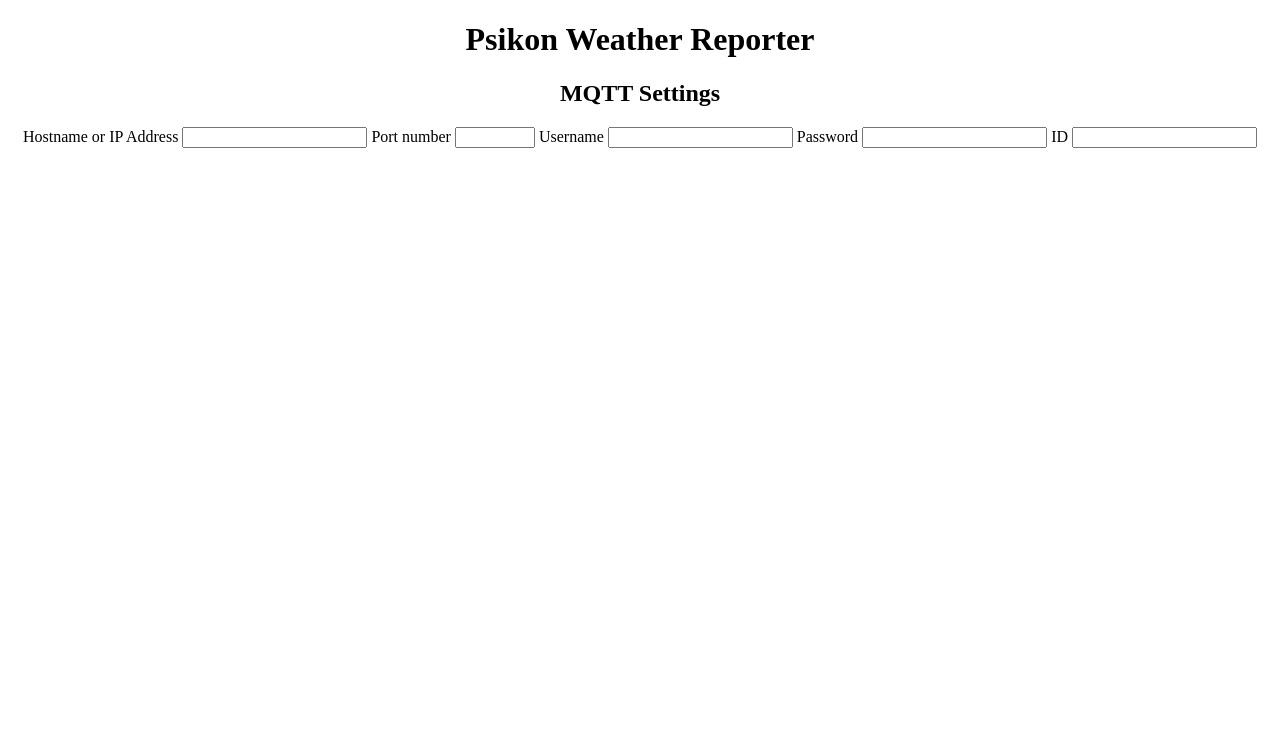
Repository: alex-dow/psikon-weather-station
Page: data/index.html
The author's editor kept a copy of each file at every save. The page is drawn from the files as they stood at one save, then again after the next save.
The browser window is 1280 px wide. The pictures show the whole page.

Above is the page before, as saved 2021-12-09 22:22:17.

### data/index.html
<!DOCTYPE html>
<html>
<head>
  <meta charset='utf-8'>
  <meta http-equiv='X-UA-Compatible' content='IE=edge'>
  <title>Psikon Weather Reporter</title>
  <meta name='viewport' content='width=device-width, initial-scale=1'>
  <style>
    html,body {
      margin: 0
      width: 100%;
      height: 100%;
      text-align: center;
    }
  </style>
</head>
<body>
  <h1>Psikon Weather Reporter</h1>
  <form>
    <h2>MQTT Settings</h2>
    <label for="mqtt_host">Hostname or IP Address</label>
    <input id="mqtt_host"/>
    <label for="mqtt_port">Port number</label>
    <input id="mqtt_port" type="number" min="0" max="65536"/>
    <label for="mqtt_username">Username</label>
    <input id="mqtt_username"/>
    <label id="mqtt_password">Password</label>
    <input id="mqtt_password"/>
    <label for="mqtt_id">ID</label>
    <input id="mqtt_id" />
  </form>
</body>
</html>

After the next save:
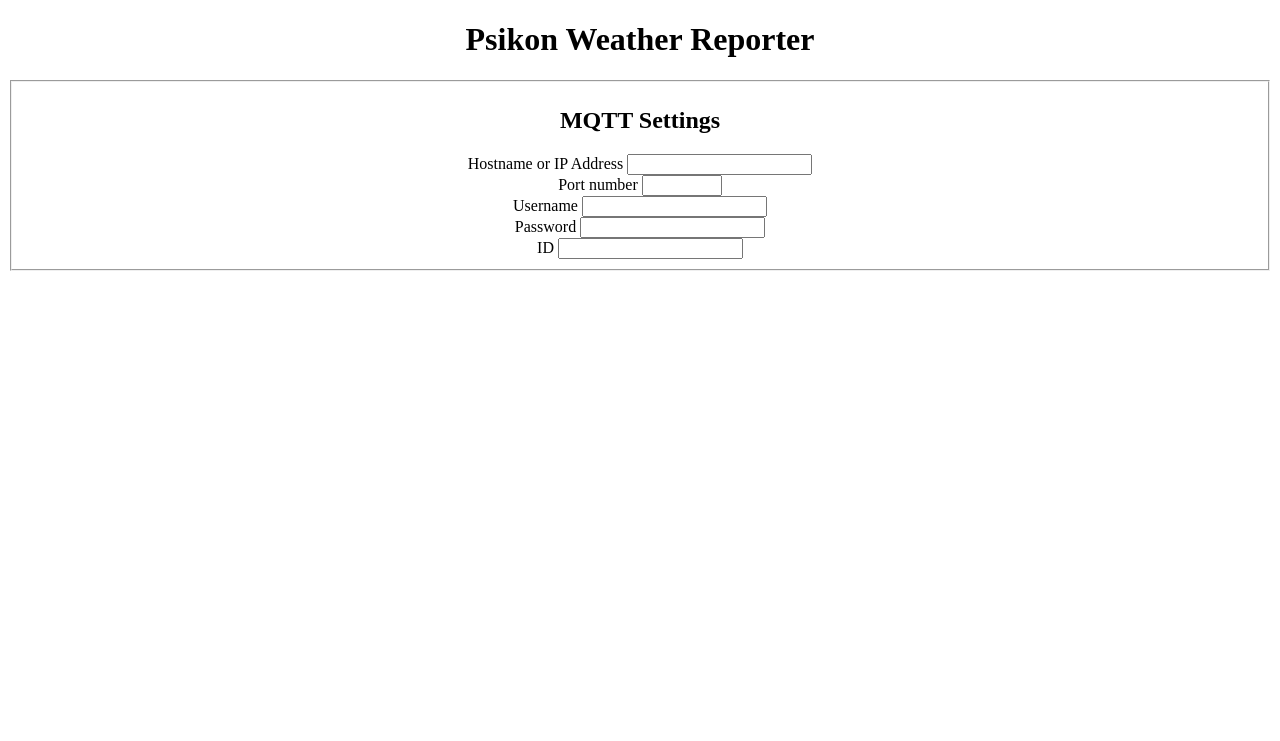
Saved 3 min 13 s later.
--- a/data/index.html
+++ b/data/index.html
@@ -17,17 +17,20 @@
 <body>
   <h1>Psikon Weather Reporter</h1>
   <form>
+    <fieldset>
     <h2>MQTT Settings</h2>
+
     <label for="mqtt_host">Hostname or IP Address</label>
-    <input id="mqtt_host"/>
+    <input id="mqtt_host"/><br/>
     <label for="mqtt_port">Port number</label>
-    <input id="mqtt_port" type="number" min="0" max="65536"/>
+    <input id="mqtt_port" type="number" min="0" max="65536"/><br/>
     <label for="mqtt_username">Username</label>
-    <input id="mqtt_username"/>
+    <input id="mqtt_username"/><br/>
     <label id="mqtt_password">Password</label>
-    <input id="mqtt_password"/>
+    <input id="mqtt_password"/><br/>
     <label for="mqtt_id">ID</label>
-    <input id="mqtt_id" />
+    <input id="mqtt_id" /><br/>
+    </fieldset>
   </form>
 </body>
 </html>
